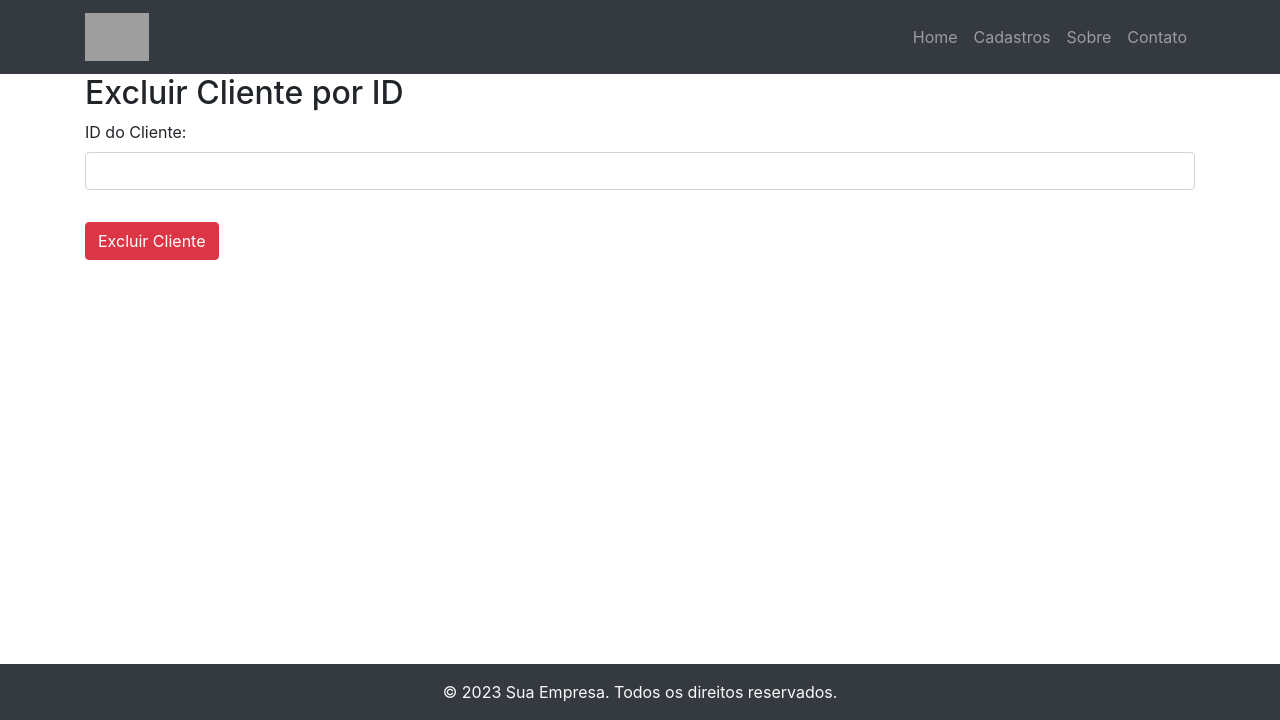
Repository: hagartelles/serveletProject
Page: http://localhost/BeltourServerlet/DeleteClient.jsp
These files come from the project's save history. The page is drawn as it stood at one moment and after the next save; the edit follows.
The browser window is 1280 px wide. The pictures show the whole page.
Pictures or frames that could not be fetched are drawn as grey boxes. The page is served by Tomcat 9. Other server files are loaded and not shown.

Above is the page before, as saved 2023-11-06 02:27:01.

### BeltourServerlet/src/main/webapp/DeleteClient.jsp
<%@ page language="java" contentType="text/html; charset=UTF-8" pageEncoding="UTF-8"%>
<!DOCTYPE html>
<html>
<head>
    <meta charset="UTF-8">
    <title>Buscar e Excluir Cliente</title>
    <!-- Incluindo arquivos CSS do Bootstrap -->
    <link href="https://maxcdn.bootstrapcdn.com/bootstrap/4.5.2/css/bootstrap.min.css" rel="stylesheet">
</head>
<body>
    <!-- Cabeçalho -->
    <header>
        <nav class="navbar navbar-expand-lg navbar-dark bg-dark text-light">
            <div class="container">
                <a class="navbar-brand" href="#"><img src="./icon/samurai.png" height="48px"></a>
                <button class="navbar-toggler" type="button" data-toggle="collapse" data-target="#navbarNav" aria-controls="navbarNav" aria-expanded="false" aria-label="Toggle navigation">
                    <span class="navbar-toggler-icon"></span>
                </button>
                <div class="collapse navbar-collapse" id="navbarNav">
                    <ul class="navbar-nav ml-auto">
                        <li class="nav-item">
                            <a class="nav-link" href="#">Home</a>
                        </li>
                        <li class="nav-item">
                            <a class="nav-link" href="ReadController">Cadastros</a>
                        </li>
                        <li class="nav-item">
                            <a class="nav-link" href="#sobre">Sobre</a>
                        </li>
                        <li class="nav-item">
                            <a class="nav-link" href="#contato">Contato</a>
                        </li>
                    </ul>
                </div>
            </div>
        </nav>
    </header>

    <!-- Corpo da Página -->
    <div class="container">
        <h2>Excluir Cliente por ID</h2>
        <form action="DeleteController" method="post">
            <div class="form-group">
                <label for="id">ID do Cliente:</label>
                <input type="text" class="form-control" id="id" name="id" required>
            </div>

            <button type="submit" class="btn btn-danger mt-3">Excluir Cliente</button>
        </form>
    </div>

    <!-- Rodapé -->
    <footer class="bg-dark text-light text-center py-3 fixed-bottom">
        &copy; 2023 Sua Empresa. Todos os direitos reservados.
    </footer>

    <!-- Incluindo arquivos JavaScript do Bootstrap e jQuery -->
    <script src="https://code.jquery.com/jquery-3.5.1.slim.min.js"></script>
    <script src="https://cdn.jsdelivr.net/npm/bootstrap@4.5.2/dist/js/bootstrap.min.js"></script>
</body>
</html>

After the next save:
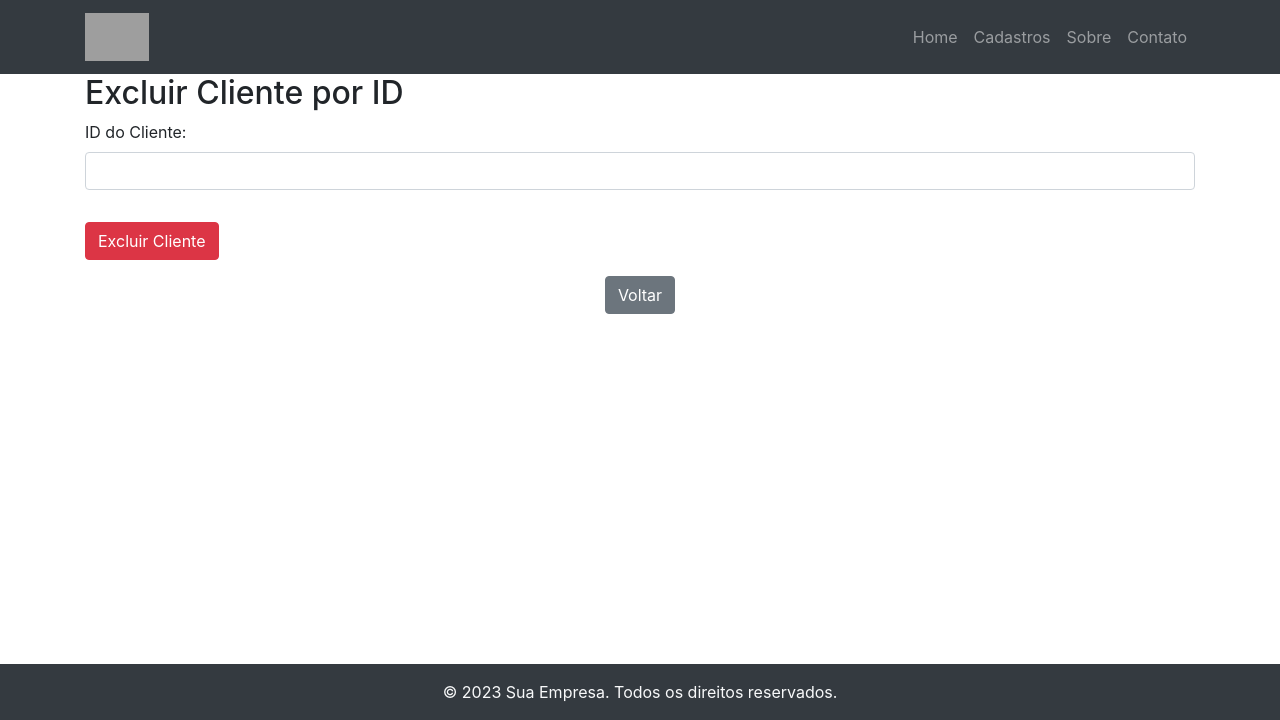
Saved 33 s later.
--- a/BeltourServerlet/src/main/webapp/DeleteClient.jsp
+++ b/BeltourServerlet/src/main/webapp/DeleteClient.jsp
@@ -49,6 +49,10 @@
         </form>
     </div>
 
+        <div class="text-center mt-3">
+        <a href="Index.html" class="btn btn-secondary">Voltar</a>
+    </div>
+
     <!-- Rodapé -->
     <footer class="bg-dark text-light text-center py-3 fixed-bottom">
         &copy; 2023 Sua Empresa. Todos os direitos reservados.
